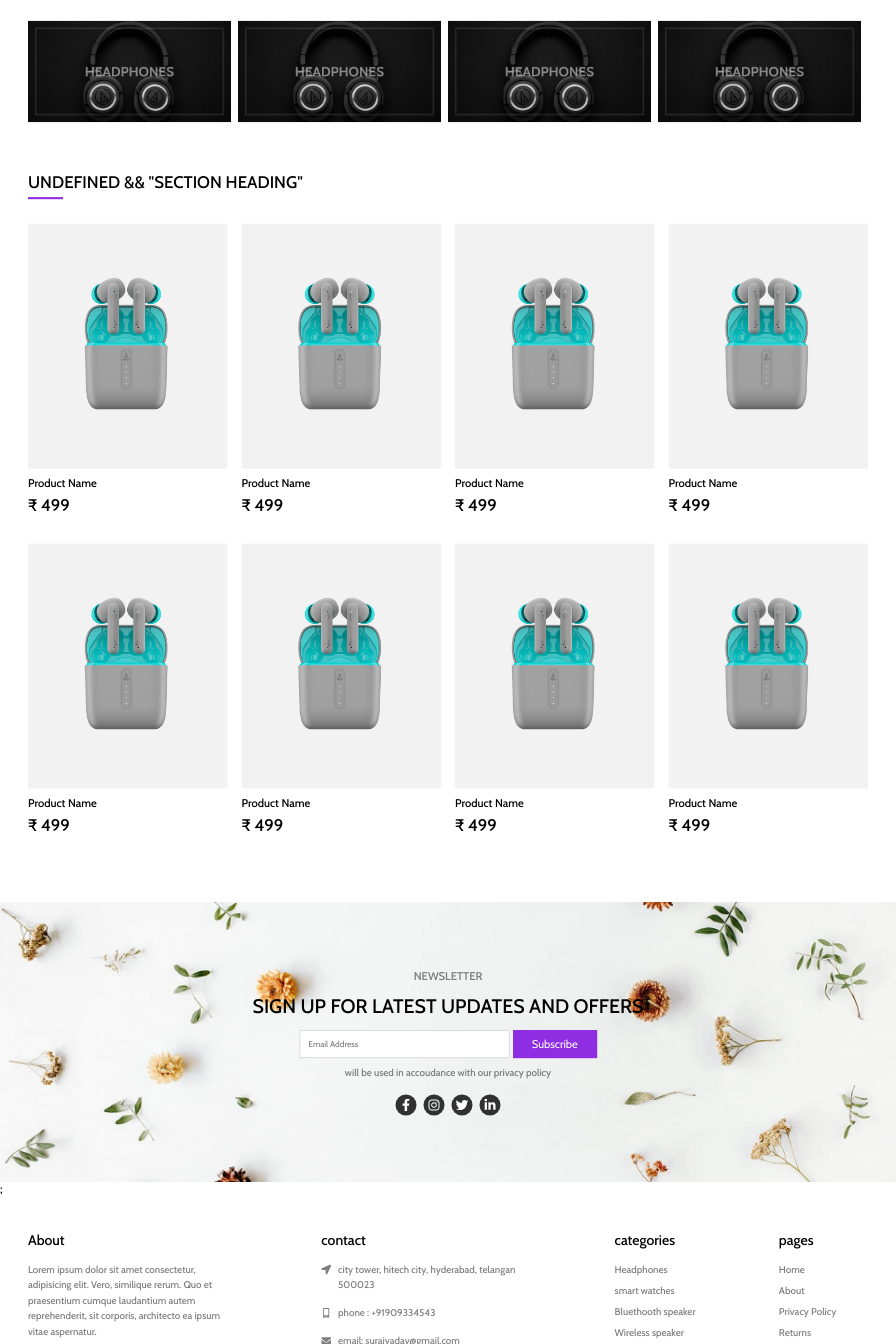
Repository: suraj-yadav7/ecommerce
Page: /
An editor plug-in stored every save of this project. The page is shown before and after the next save, followed by the edit.
The browser window is 1280 px wide. The pictures show the part of the page from y = 721 to 2641 px (the page is 2815 px tall before and 2783 px after), at 70% of full size.
The project was rebuilt for these pictures with package versions that can differ from the ones it lists, and the page was loaded fresh each time. Also part of the build but not shown: src/components/Category/Category.scss, src/components/Category/Category.jsx, src/components/SingleProduct/RelatedProducts/RelatedProducts.jsx, src/components/SingleProduct/SingleProduct.scss, src/components/SingleProduct/SingleProduct.jsx, src/App.scss, src/components/Header/Search/Search.scss, src/components/Header/Search/Search.jsx and 2 more.

Above is the page before, as saved 2023-06-20 14:34:14.

After the next save:
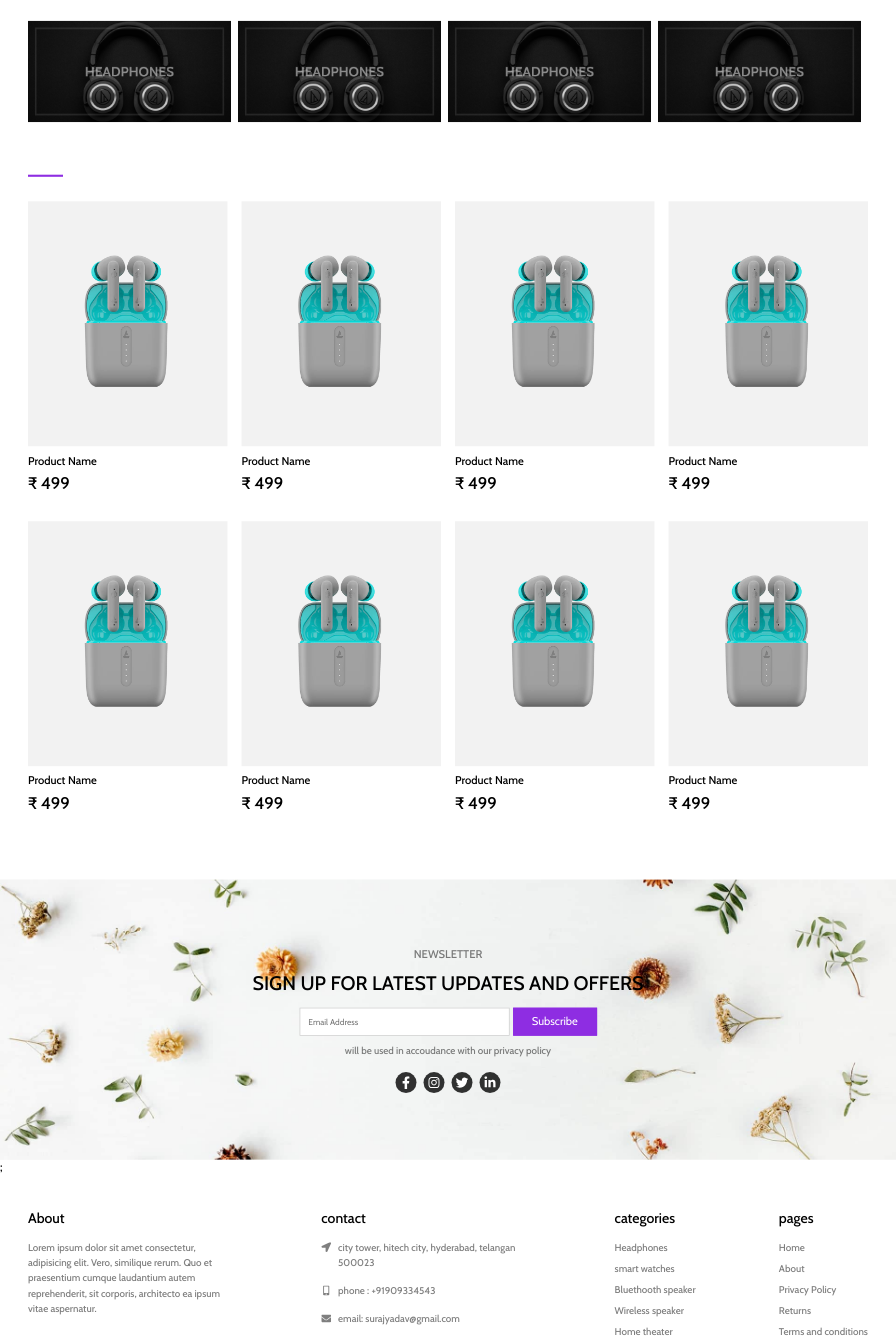
Saved 48 s later.
--- a/src/components/Products/Products.jsx
+++ b/src/components/Products/Products.jsx
@@ -6,7 +6,7 @@
         <>
         <div className="products-container">
             {
-             !innerPage && <div className="sec-heading">{`${headingText} && "section heading"`}</div>
+             !innerPage && <div className="sec-heading" > {headingText && "section heading"}</div>
             }
             <div className="products">
 

After the 2 saves that followed:
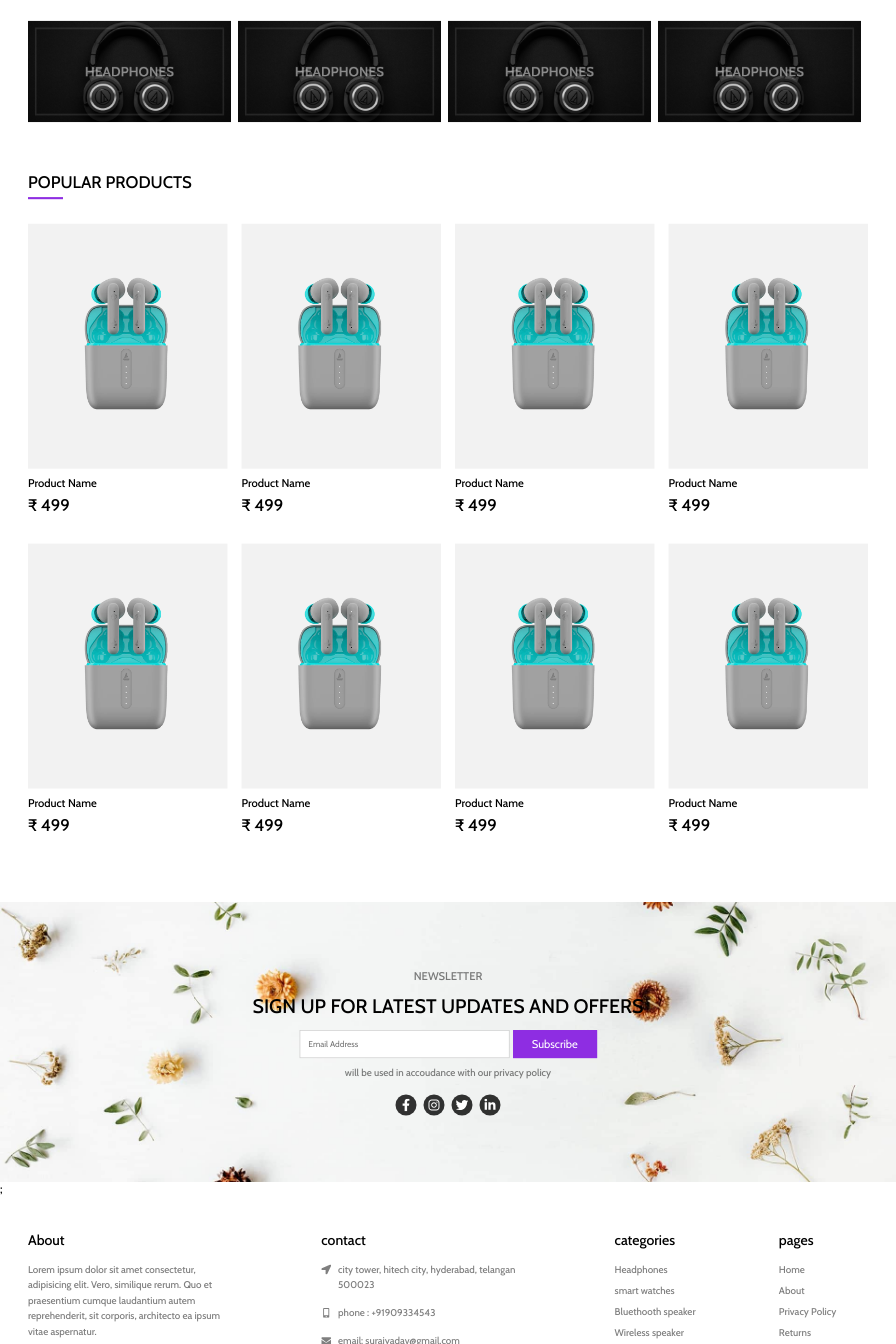
The 2 saves are shown as one change because 1 left the picture as it was.
The last was saved 85 s later.
--- a/src/components/Home/Home.jsx
+++ b/src/components/Home/Home.jsx
@@ -16,7 +16,7 @@
                 <div className="main-content">
                     <div className="layout">
                         <Category />
-                        <Products />
+                        <Products  headingText="Popular Products"/>
                     </div>
                 </div>
             </div>
--- a/src/components/Products/Products.jsx
+++ b/src/components/Products/Products.jsx
@@ -6,7 +6,7 @@
         <>
         <div className="products-container">
             {
-             !innerPage && <div className="sec-heading" > {headingText && "section heading"}</div>
+             !innerPage && <div className="sec-heading" > {headingText}</div>
             }
             <div className="products">
 
